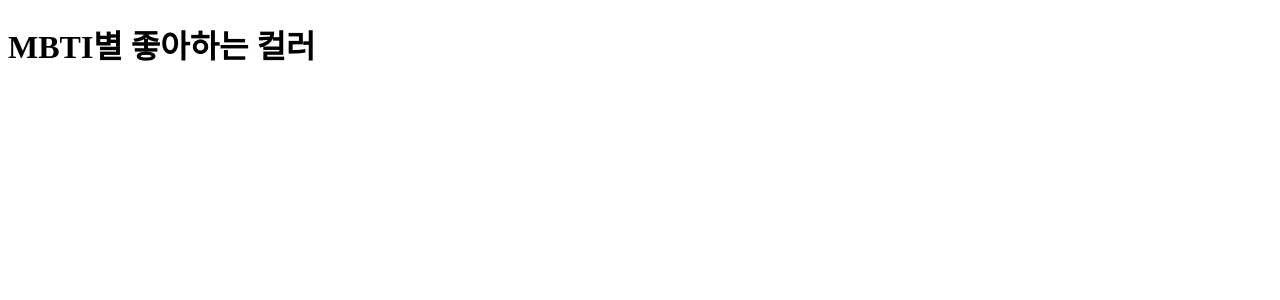
Repository: songjiwon17/mbti_color
Page: /
These files come from the project's save history. The page is drawn as it stood at one moment and after the next save; the edit follows.
The browser window is 1280 px wide. The pictures show the whole page.
The project was rebuilt for these pictures with package versions that can differ from the ones it lists, and the page was loaded fresh each time. Also part of the build but not shown: src/New.js.

Above is the page before, as saved 2023-12-14 21:33:29.

### src/App.js
import { BrowserRouter, Routes, Route } from "react-router-dom";
import Home from "./Home";
import New from "./New";

function App() {
  return(
    <BrowserRouter>
      <Routes>
        <Route path="/">
          <Route index element={<Home />}/>
          <Route path="new" element={<New />}/>
        </Route>
      </Routes>
    </BrowserRouter>
  )
}

export default App;

### src/Home.js
import {Link} from 'react-router-dom';

function Home(){
    return(
        <div>
            <h1>MBTI별 좋아하는 컬러</h1>
            <div>
                <Link to='/new'></Link>
            </div>
        </div>
    )
}
export default Home;

Loaded but not shown: public/index.html (common file); src/index.js (common file)

After the next save:
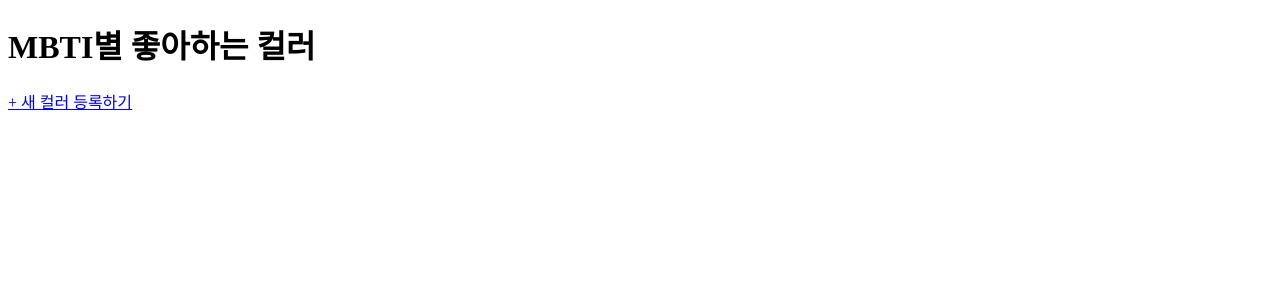
Saved 9 s later.
--- a/src/Home.js
+++ b/src/Home.js
@@ -5,7 +5,7 @@ function Home(){
         <div>
             <h1>MBTI별 좋아하는 컬러</h1>
             <div>
-                <Link to='/new'></Link>
+                <Link to='/new'>+ 새 컬러 등록하기</Link>
             </div>
         </div>
     )
